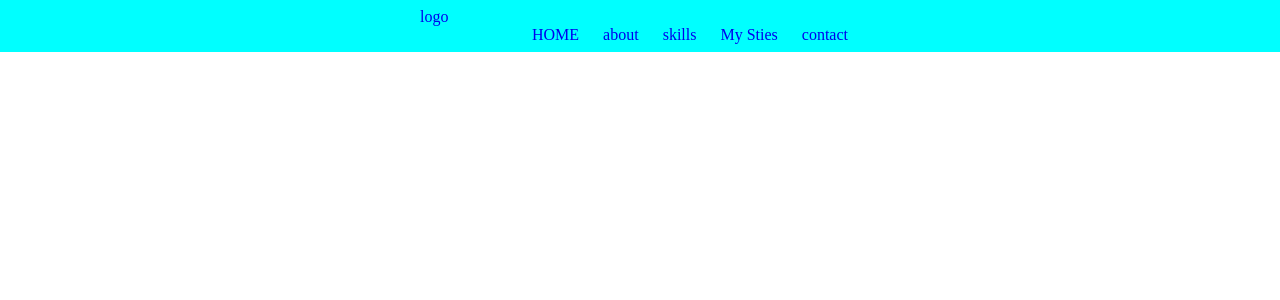
Repository: jun01270/jun
Page: index.html
The author's editor kept a copy of each file at every save. The page is drawn from the files as they stood at one save, then again after the next save.
The browser window is 1280 px wide. The pictures show the whole page.

Above is the page before, as saved 2023-05-08 15:31:12.

After the next save:
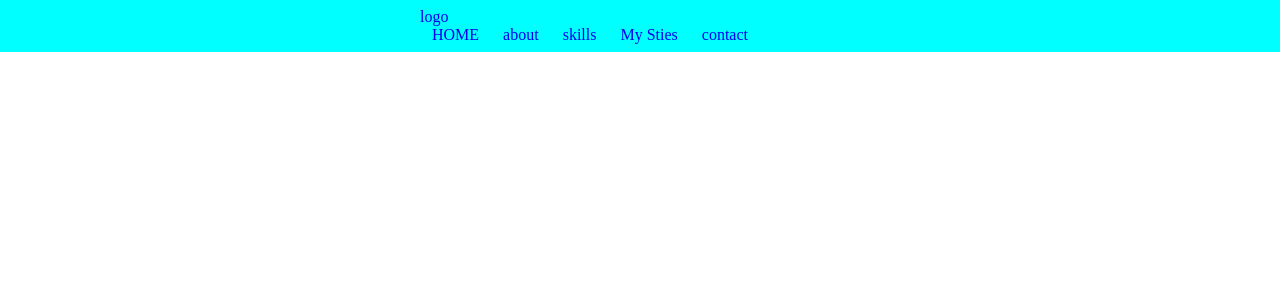
Saved 8 s later.
--- a/main.css
+++ b/main.css
@@ -30,7 +30,7 @@ html{
 .menu-bar{
     display: flex;
     list-style: none;
-    padding-left:100px
+    padding-right:100px;
 }
 
 .menu-btn{
